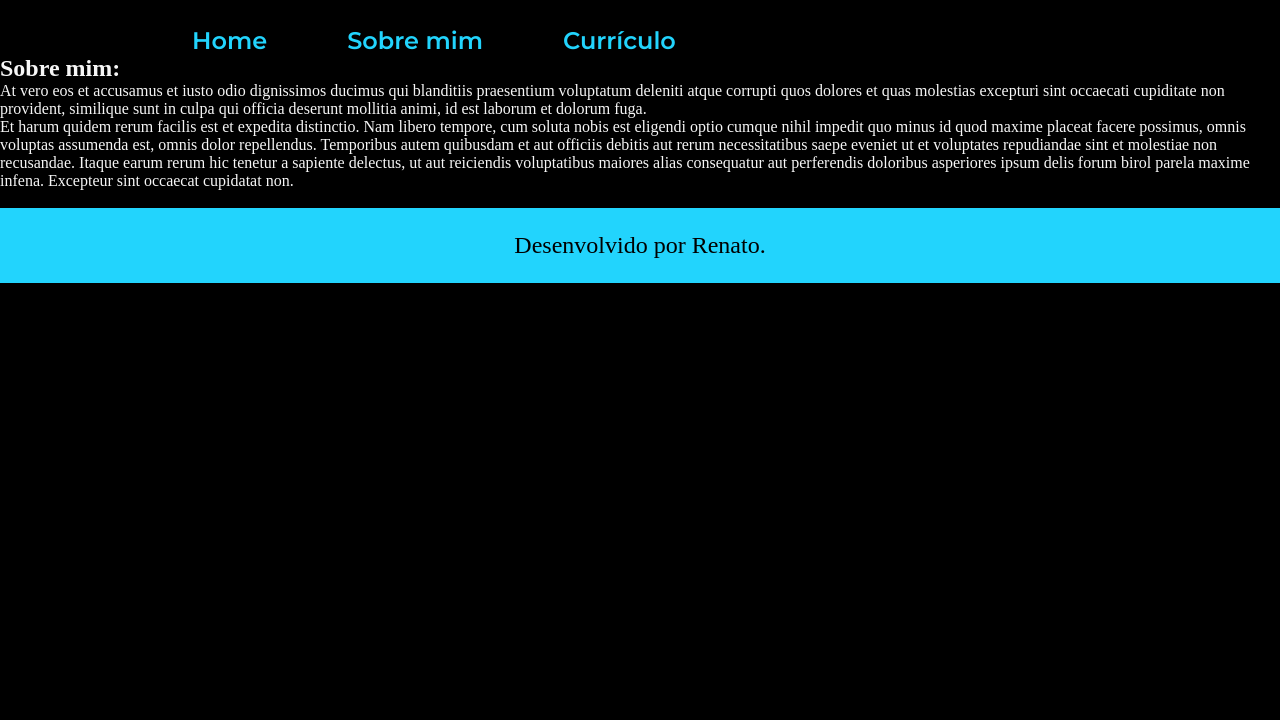
Repository: RenatoCCS/Portfolio_Alura
Page: about.html
An editor plug-in stored every save of this project. The page is shown before and after the next save, followed by the edit.
The browser window is 1280 px wide. The pictures show the whole page.

Above is the page before, as saved 2023-03-06 20:38:45.

### about.html
<!DOCTYPE html>
<html lang="pt-br">
  <head>
    <meta charset="UTF-8" />
    <meta http-equiv="X-UA-Compatible" content="IE=edge" />
    <meta name="viewport" content="width=device-width, initial-scale=1.0" />
    <title>Sobre mim</title>
    <link rel="stylesheet" href="./styles/style.css" />
  </head>

  <body>
    <header class="cabecalho">
      <nav class="cabecalho__menu">
        <a class="cabecalho__menu__link" href="index.html">Home</a>
        <a class="cabecalho__menu__link" href="about.html">Sobre mim</a>
        <a class="cabecalho__menu__link" href="curriculo.html">Currículo</a>
      </nav>
    </header>

    <main>
      <section>
        <h1>Sobre mim:</h1>
        <p>
          At vero eos et accusamus et iusto odio dignissimos ducimus qui
          blanditiis praesentium voluptatum deleniti atque corrupti quos dolores
          et quas molestias excepturi sint occaecati cupiditate non provident,
          similique sunt in culpa qui officia deserunt mollitia animi, id est
          laborum et dolorum fuga.
        </p>
        <p>
          Et harum quidem rerum facilis est et expedita distinctio. Nam libero
          tempore, cum soluta nobis est eligendi optio cumque nihil impedit quo
          minus id quod maxime placeat facere possimus, omnis voluptas assumenda
          est, omnis dolor repellendus. Temporibus autem quibusdam et aut
          officiis debitis aut rerum necessitatibus saepe eveniet ut et
          voluptates repudiandae sint et molestiae non recusandae. Itaque earum
          rerum hic tenetur a sapiente delectus, ut aut reiciendis voluptatibus
          maiores alias consequatur aut perferendis doloribus asperiores ipsum
          delis forum birol parela maxime infena. Excepteur sint occaecat
          cupidatat non.
        </p>
      </section>
      <img src="" alt="" />
    </main>

    <footer class="rodape"><p>Desenvolvido por Renato.</p></footer>
  </body>
</html>

### styles/style.css
@import url('https://fonts.googleapis.com/css2?family=Krona+One&family=Montserrat:wght@400;600&display=swap');

* {
  margin: 0;
  padding: 0;
}

body {
  /* height: 100vh; */
  box-sizing: border-box;
  background-color: #000000;
  color: #f6f6f6;
}

.cabecalho {
  padding: 2% 0% 0% 15%;
}

.cabecalho__menu {
  display: flex;
  gap: 80px;
}

.cabecalho__menu__link {
  font-family: 'Montserrat', sans-serif;
  font-size: 24px;
  font-weight: 600;
  color: #22d4fd;
  text-decoration: none;
}

.apresentacao {
  padding: 5% 15%;
  display: flex;
  align-items: center;
  justify-content: space-between;
}

.apresentacao__conteudo {
  width: 615px;
  display: flex;
  flex-direction: column;
  gap: 40px;
}

.apresentacao__conteudo__titulo {
  font-size: 36px;
  font-family: 'Krona One', sans-serif;
}

.titulo-destaque {
  color: #22d4fd;
}

.apresentacao__conteudo__texto {
  font-size: 24px;
  font-family: 'Montserrat', sans-serif;
}

.apresentacao__conteudo__texto a {
  text-decoration: none;
  color: #22d4fd;
}

.apresentacao__links {
  display: flex;
  flex-direction: column;
  justify-content: space-between;
  align-items: center;
  gap: 32px;
}

.apresentacao__links__subtitulo {
  font-family: 'Krona One', sans-serif;
  font-weight: 400;
  font-size: 24px;
}

.apresentacao__links__link {
  /* background-color: #22d4fd; foi trocado o estilo*/
  display: flex;
  justify-content: center;
  gap: 16px;
  border: 2px solid #22d4fd;
  width: 378px;
  text-align: center;
  border-radius: 8px;
  font-size: 24px;
  font-weight: 600;
  padding: 21.5px 0;
  text-decoration: none;
  color: #f6f6f6;
  font-family: 'Montserrat', sans-serif;
}

.apresentacao__links__link:hover {
  background-color: #272727;
}

/*Utilizei minha foto e fui adaptando de acordo com o tamanho da outra foto*/
.apresentacao__foto {
  height: 550px;
  width: 490px;
  left: 1032px;
  top: 253px;
  border-radius: 16px;
}

.rodape {
  padding: 24px;
  color: #000000;
  background-color: #22d4fd;
  text-align: center;
  font-family: 'Montserrat' sans-serif;
  font-size: 24px;
  font-weight: 400;
}

After the next save:
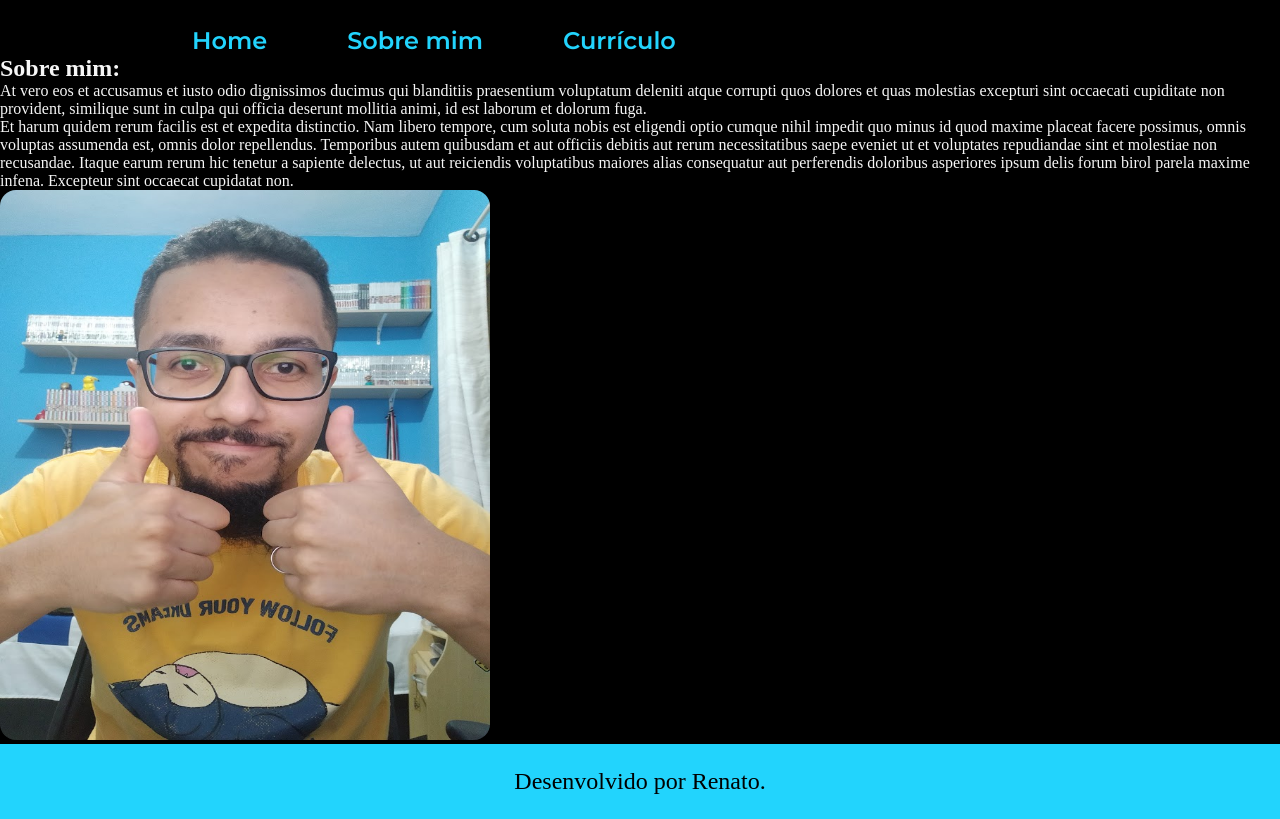
Saved 44 s later.
--- a/about.html
+++ b/about.html
@@ -40,7 +40,11 @@
           cupidatat non.
         </p>
       </section>
-      <img src="" alt="" />
+      <img
+        class="apresentacao__foto"
+        src="./assets/renato.jpg"
+        alt="Renato fazendo sinal de positivo com ambas as mãos"
+      />
     </main>
 
     <footer class="rodape"><p>Desenvolvido por Renato.</p></footer>
